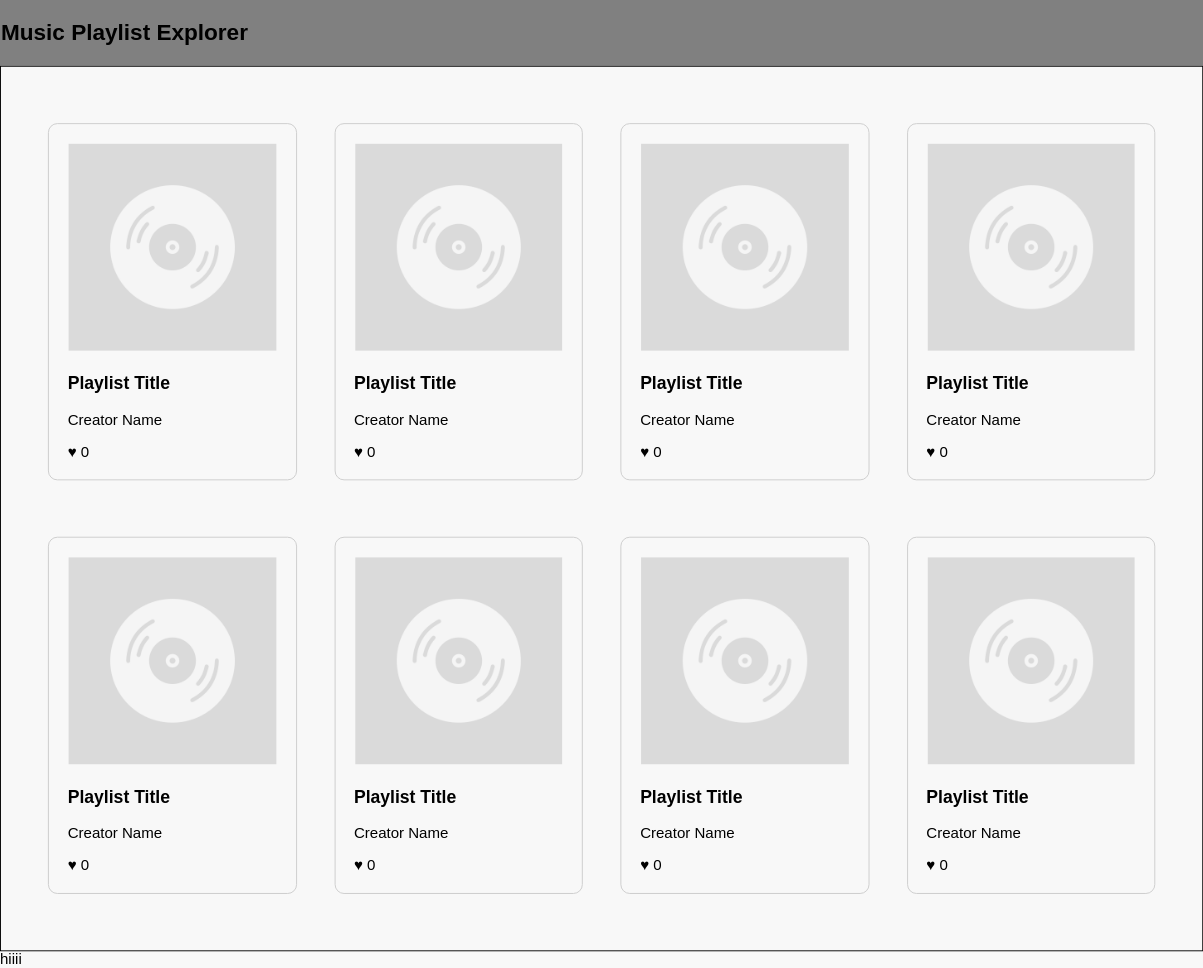
Repository: valentinaarojas/music-player-explorer
Page: index.html
These files come from the project's save history. The page is drawn as it stood at one moment and after the next save; the edit follows.
The browser window is 1280 px wide. The pictures show the whole page, at 94% of full size.

Above is the page before, as saved 2025-02-19 16:30:38.
Console error: SyntaxError: Unexpected token '{'

### index.html
<!DOCTYPE html>
<html lang="en">
<head>
    <meta charset="UTF-8">
    <meta name="viewport" content="width=device-width, initial-scale=1.0">

    <title>Music Playlist Explorer</title>
    <link rel="icon" type="image/x-icon" href="/images/favicon.ico">

    <link rel="stylesheet" href="style.css">
</head>
<body>
    <header>
        <!-- Your header content here -->
        <div class="banner">
            <h2>Music Playlist Explorer</h2>
        </div>
    </header>

    <main>
        <!-- Your main content here -->
        <div class="playlist-cards">
            <!-- card 1 -->
            <div class="playlist-card">
                <div class="playlist-cover">
                    <img src="assets/img/playlist.png" alt="placeholder" style="width: 100%">
                </div>
                <div class="playlist-info">
                    <h3 class="playlist-title">Playlist Title</h3>
                    <p class="creator-info">Creator Name</p>
                    <div class="like-count">
                        <span>♥</span>
                        <span>0</span>
                    </div>
                </div>
            </div>
            <!-- card 2 -->
            <div class="playlist-card">
                <div class="playlist-cover">
                    <img src="assets/img/playlist.png" alt="placeholder" style="width: 100%">
                </div>
                <div class="playlist-info">
                    <h3 class="playlist-title">Playlist Title</h3>
                    <p class="creator-info">Creator Name</p>
                    <div class="like-count">
                        <span>♥</span>
                        <span>0</span>
                    </div>
                </div>
            </div>
            <!-- card 3 -->
            <div class="playlist-card">
                <div class="playlist-cover">
                    <img src="assets/img/playlist.png" alt="placeholder" style="width: 100%">
                </div>
                <div class="playlist-info">
                    <h3 class="playlist-title">Playlist Title</h3>
                    <p class="creator-info">Creator Name</p>
                    <div class="like-count">
                        <span>♥</span>
                        <span>0</span>
                    </div>
                </div>
            </div>
            <!-- card 4 -->
            <div class="playlist-card">
                <div class="playlist-cover">
                    <img src="assets/img/playlist.png" alt="placeholder" style="width: 100%">
                </div>
                <div class="playlist-info">
                    <h3 class="playlist-title">Playlist Title</h3>
                    <p class="creator-info">Creator Name</p>
                    <div class="like-count">
                        <span>♥</span>
                        <span>0</span>
                    </div>
                </div>
            </div>
            <!-- card 5 -->
            <div class="playlist-card">
                <div class="playlist-cover">
                    <img src="assets/img/playlist.png" alt="placeholder" style="width: 100%">
                </div>
                <div class="playlist-info">
                    <h3 class="playlist-title">Playlist Title</h3>
                    <p class="creator-info">Creator Name</p>
                    <div class="like-count">
                        <span>♥</span>
                        <span>0</span>
                    </div>
                </div>
            </div>
            <!-- card 6 -->
            <div class="playlist-card">
                <div class="playlist-cover">
                    <img src="assets/img/playlist.png" alt="placeholder" style="width: 100%">
                </div>
                <div class="playlist-info">
                    <h3 class="playlist-title">Playlist Title</h3>
                    <p class="creator-info">Creator Name</p>
                    <div class="like-count">
                        <span>♥</span>
                        <span>0</span>
                    </div>
                </div>
            </div>
             <!-- card 7 -->
             <div class="playlist-card">
                <div class="playlist-cover">
                    <img src="assets/img/playlist.png" alt="placeholder" style="width: 100%">
                </div>
                <div class="playlist-info">
                    <h3 class="playlist-title">Playlist Title</h3>
                    <p class="creator-info">Creator Name</p>
                    <div class="like-count">
                        <span>♥</span>
                        <span>0</span>
                    </div>
                </div>
            </div>
             <!-- card 8 -->
             <div class="playlist-card">
                <div class="playlist-cover">
                    <img src="assets/img/playlist.png" alt="placeholder" style="width: 100%">
                </div>
                <div class="playlist-info">
                    <h3 class="playlist-title">Playlist Title</h3>
                    <p class="creator-info">Creator Name</p>
                    <div class="like-count">
                        <span>♥</span>
                        <span>0</span>
                    </div>
                </div>
            </div>
        </div>
    </main>

    <footer>
        <!-- Your footer content here -->
        <div class="footer">
            hiiii
        </div>
    </footer>
    <script src="data/data.js"></script>
    <script src="script.js"></script>
</body>
</html>

### style.css
body {
    font-family: 'Arial', sans-serif;
    margin: 0;
    padding: 0;
    background-color: #f8f8f8;
}

.banner {
    background-color: grey;
    padding: 1px;
}

.playlist-cards {
    display: grid;
    grid-template-columns: repeat(4, 1fr);
    padding: 30px;
    border: 1px solid rgb(0, 0, 0);
}

.playlist-card {
    padding: 20px;
    margin: 30px 20px;
    border-radius: 10px;
    border: 1px solid #ccc;
}

.playlist-cover {
    padding: 1px;
}

### data/data.js
let data = { "playlists": [
    {
      "playlistID": 0,
      "playlist_name": "Late Night Drive",
      "playlist_creator": "Melody Maven",
      "playlist_art": "https://picsum.photos/id/36/200",
      "likeCount": 0,
      "songs": [
        {
          "songID": 0,
          "title": "Nightcall",
          "artist": "Kavinsky",
          "album": "Nightcall",
          "cover_art": "https://picsum.photos/id/43/200",
          "duration": "4:18"
        },
        {
          "songID": 1,
          "title": "Drive",
          "artist": "The Cars",
          "album": "Heartbeat City",
          "cover_art": "https://picsum.photos/id/45/200",
          "duration": "3:55"
        },
        {
          "songID": 2,
          "title": "Cruisin'",
          "artist": "Smokey Robinson",
          "album": "One Heartbeat",
          "cover_art": "https://picsum.photos/id/88/200",
          "duration": "4:30"
        },
        {
          "songID": 3,
          "title": "Night Moves",
          "artist": "Bob Seger",
          "album": "Night Moves",
          "cover_art": "https://picsum.photos/id/84/200",
          "duration": "5:25"
        },
        {
          "songID": 4,
          "title": "Moonlight Drive",
          "artist": "The Doors",
          "album": "Strange Days",
          "cover_art": "https://picsum.photos/id/122/200",
          "duration": "3:04"
        }
      ]
    },
    {
      "playlistID": 1,
      "playlist_name": "That Summer '16 Feeling",
      "playlist_creator": "Groove Guardian",
      "playlist_art": "https://picsum.photos/id/117/200",
      "likeCount": 10,
      "songs": [
        {
          "songID": 5,
          "title": "One Dance",
          "artist": "Drake",
          "album": "Views",
          "cover_art": "https://picsum.photos/id/21/200",
          "duration": "2:53"
        },
        {
          "songID": 6,
          "title": "Cheap Thrills",
          "artist": "Sia",
          "album": "This Is Acting",
          "cover_art": "https://picsum.photos/id/56/200",
          "duration": "3:31"
        },
        {
          "songID": 7,
          "title": "Don't Let Me Down",
          "artist": "The Chainsmokers ft. Daya",
          "album": "Collage",
          "cover_art": "https://picsum.photos/id/145/200",
          "duration": "3:28"
        },
        {
          "songID": 8,
          "title": "This Is What You Came For",
          "artist": "Calvin Harris ft. Rihanna",
          "album": "This Is What You Came For",
          "cover_art": "https://picsum.photos/id/160/200",
          "duration": "3:42"
        },
        {
          "songID": 9,
          "title": "Ride",
          "artist": "Twenty One Pilots",
          "album": "Blurryface",
          "cover_art": "https://picsum.photos/id/133/200",
          "duration": "3:34"
        }
      ]
    },
    {
      "playlistID": 2,
      "playlist_name": "Workout Beats",
      "playlist_creator": "Harmony Herald",
      "playlist_art": "https://picsum.photos/id/1077/200",
      "likeCount": 2,
      "songs": [
        {
          "songID": 10,
          "title": "Eye of the Tiger",
          "artist": "Survivor",
          "album": "Eye of the Tiger",
          "cover_art": "https://picsum.photos/id/593/200",
          "duration": "4:05"
        },
        {
          "songID": 11,
          "title": "Stronger",
          "artist": "Kanye West",
          "album": "Graduation",
          "cover_art": "https://picsum.photos/id/169/200",
          "duration": "5:12"
        },
        {
          "songID": 12,
          "title": "Lose Yourself",
          "artist": "Eminem",
          "album": "8 Mile Soundtrack",
          "cover_art": "https://picsum.photos/id/171/200",
          "duration": "5:26"
        },
        {
          "songID": 13,
          "title": "Uptown Funk",
          "artist": "Mark Ronson ft. Bruno Mars",
          "album": "Uptown Special",
          "cover_art": "https://picsum.photos/id/274/200",
          "duration": "4:30"
        },
        {
          "songID": 14,
          "title": "Can't Stop the Feeling!",
          "artist": "Justin Timberlake",
          "album": "Trolls (Original Motion Picture Soundtrack)",
          "cover_art": "https://picsum.photos/id/304/200",
          "duration": "3:56"
        }
      ]
    },
    {
      "playlistID": 3,
      "playlist_name": "Road Trip Anthems",
      "playlist_creator": "Playlist Pioneer",
      "playlist_art": "https://picsum.photos/id/314/200",
      "likeCount": 5,
      "songs": [
        {
          "songID": 15,
          "title": "Life Is a Highway",
          "artist": "Tom Cochrane",
          "album": "Mad Mad World",
          "cover_art": "https://picsum.photos/id/352/200",
          "duration": "4:26"
        },
        {
          "songID": 16,
          "title": "Born to Run",
          "artist": "Bruce Springsteen",
          "album": "Born to Run",
          "cover_art": "https://picsum.photos/id/361/200",
          "duration": "4:30"
        },
        {
          "songID": 17,
          "title": "Take It Easy",
          "artist": "Eagles",
          "album": "Eagles",
          "cover_art": "https://picsum.photos/id/365/200",
          "duration": "3:31"
        },
        {
          "songID": 18,
          "title": "Route 66",
          "artist": "Chuck Berry",
          "album": "Get Your Kicks on Route 66",
          "cover_art": "https://picsum.photos/id/371/200",
          "duration": "2:53"
        },
        {
          "songID": 19,
          "title": "On the Road Again",
          "artist": "Willie Nelson",
          "album": "Honeysuckle Rose",
          "cover_art": "https://picsum.photos/id/382/200",
          "duration": "2:33"
        }
      ]
    },
    {
      "playlistID": 4,
      "playlist_name": "Boss Chick Energy",
      "playlist_creator": "Tempo Tactician",
      "playlist_art": "https://picsum.photos/id/449/200",
      "likeCount": 0,
      "songs": [
        {
          "songID": 20,
          "title": "Run the World (Girls)",
          "artist": "Beyoncé",
          "album": "4",
          "cover_art": "https://picsum.photos/id/550/200",
          "duration": "3:56"
        },
        {
          "songID": 21,
          "title": "I'm Every Woman",
          "artist": "Chaka Khan",
          "album": "Chaka",
          "cover_art": "https://picsum.photos/id/646/200",
          "duration": "4:07"
        },
        {
          "songID": 22,
          "title": "Independent Women, Pt. 1",
          "artist": "Destiny's Child",
          "album": "Survivor",
          "cover_art": "https://picsum.photos/id/660/200",
          "duration": "3:41"
        },
        {
          "songID": 23,
          "title": "Confident",
          "artist": "Demi Lovato",
          "album": "Confident",
          "cover_art": "https://picsum.photos/id/680/200",
          "duration": "3:25"
        },
        {
          "songID": 24,
          "title": "Feeling Myself",
          "artist": "Nicki Minaj ft. Beyoncé",
          "album": "The Pinkprint",
          "cover_art": "https://picsum.photos/id/822/200",
          "duration": "3:57"
        }
      ]
    },
    {
      "playlistID": 5,
      "playlist_name": "Rainy Nights",
      "playlist_creator": "Sonic Sage",
      "playlist_art": "https://picsum.photos/id/115/200",
      "likeCount": 24,
      "songs": [
        {
          "songID": 25,
          "title": "Purple Rain",
          "artist": "Prince",
          "album": "Purple Rain",
          "cover_art": "https://picsum.photos/id/123/200",
          "duration": "8:41"
        },
        {
          "songID": 26,
          "title": "November Rain",
          "artist": "Guns N' Roses",
          "album": "Use Your Illusion I",
          "cover_art": "https://picsum.photos/id/171/200",
          "duration": "8:57"
        },
        {
          "songID": 27,
          "title": "Riders on the Storm",
          "artist": "The Doors",
          "album": "L.A. Woman",
          "cover_art": "https://picsum.photos/id/172/200",
          "duration": "7:14"
        },
        {
          "songID": 28,
          "title": "I Can't Stand the Rain",
          "artist": "Ann Peebles",
          "album": "I Can't Stand the Rain",
          "cover_art": "https://picsum.photos/id/178/200",
          "duration": "2:31"
        },
        {
          "songID": 29,
          "title": "Set Fire to the Rain",
          "artist": "Adele",
          "album": "21",
          "cover_art": "https://picsum.photos/id/680/200",
          "duration": "4:02"
        }
      ]
    },
    {
      "playlistID": 6,
      "playlist_name": "90's R&B",
      "playlist_creator": "Vinyl Virtuoso",
      "playlist_art": "https://picsum.photos/id/815/200",
      "likeCount": 3,
      "songs": [
        {
          "songID": 30,
          "title": "No Diggity",
          "artist": "Blackstreet ft. Dr. Dre",
          "album": "Another Level",
          "cover_art": "https://picsum.photos/id/856/200",
          "duration": "5:06"
        },
        {
          "songID": 31,
          "title": "Waterfalls",
          "artist": "TLC",
          "album": "CrazySexyCool",
          "cover_art": "https://picsum.photos/id/871/200",
          "duration": "4:39"
        },
        {
          "songID": 32,
          "title": "Creep",
          "artist": "TLC",
          "album": "CrazySexyCool",
          "cover_art": "https://picsum.photos/id/891/200",
          "duration": "4:29"
        },
        {
          "songID": 33,
          "title": "On Bended Knee",
          "artist": "Boyz II Men",
          "album": "II",
          "cover_art": "https://picsum.photos/id/1013/200",
          "duration": "4:05"
        },
        {
          "songID": 34,
          "title": "Fantasy",
          "artist": "Mariah Carey",
          "album": "Daydream",
          "cover_art": "https://picsum.photos/id/1014/200",
          "duration": "4:04"
        }
      ]
    },
    {
      "playlistID": 7,
      "playlist_name": "Nothing But The Classics",
      "playlist_creator": "Melody Maven",
      "playlist_art": "https://picsum.photos/id/22/200",
      "likeCount": 3,
      "songs": [
        {
          "songID": 35,
          "title": "Bohemian Rhapsody",
          "artist": "Queen",
          "album": "A Night at the Opera",
          "cover_art": "https://picsum.photos/id/39/200",
          "duration": "5:55"
        },
        {
          "songID": 36,
          "title": "Hotel California",
          "artist": "Eagles",
          "album": "Hotel California",
          "cover_art": "https://picsum.photos/id/57/200",
          "duration": "6:30"
        },
        {
          "songID": 37,
          "title": "Stairway to Heaven",
          "artist": "Led Zeppelin",
          "album": "Led Zeppelin IV",
          "cover_art": "https://picsum.photos/id/221/200",
          "duration": "8:02"
        },
        {
          "songID": 38,
          "title": "Sweet Child o' Mine",
          "artist": "Guns N' Roses",
          "album": "Appetite for Destruction",
          "cover_art": "https://picsum.photos/id/822/200",
          "duration": "5:55"
        },
        {
          "songID": 39,
          "title": "Imagine",
          "artist": "John Lennon",
          "album": "Imagine",
          "cover_art": "https://picsum.photos/id/823/200",
          "duration": "3:04"
        }
      ]
    },
    {
      "playlistID": 8,
      "playlist_name": "Ohh That Baseline",
      "playlist_creator": "Bassline Buddy",
      "playlist_art": "https://picsum.photos/id/836/200",
      "likeCount": 0,
      "songs": [
        {
          "songID": 40,
          "title": "Another One Bites the Dust",
          "artist": "Queen",
          "album": "The Game",
          "cover_art": "https://picsum.photos/id/839/200",
          "duration": "3:36"
        },
        {
          "songID": 41,
          "title": "Billie Jean",
          "artist": "Michael Jackson",
          "album": "Thriller",
          "cover_art": "https://picsum.photos/id/903/200",
          "duration": "4:54"
        },
        {
          "songID": 42,
          "title": "Superstition",
          "artist": "Stevie Wonder",
          "album": "Talking Book",
          "cover_art": "https://picsum.photos/id/978/200",
          "duration": "4:26"
        },
        {
          "songID": 43,
          "title": "Smooth Criminal",
          "artist": "Michael Jackson",
          "album": "Bad",
          "cover_art": "https://picsum.photos/id/1004/200",
          "duration": "4:17"
        },
        {
          "songID": 44,
          "title": "Money for Nothing",
          "artist": "Dire Straits",
          "album": "Brothers in Arms",
          "cover_art": "https://picsum.photos/id/1025/200",
          "duration": "8:26"
        }
      ]
    }
  ]
}

### script.js
body {
    font-family: 'Arial', sans-serif;
    margin: 0;
    padding: 0;
    background-color: #f8f8f8;
}

After the next save:
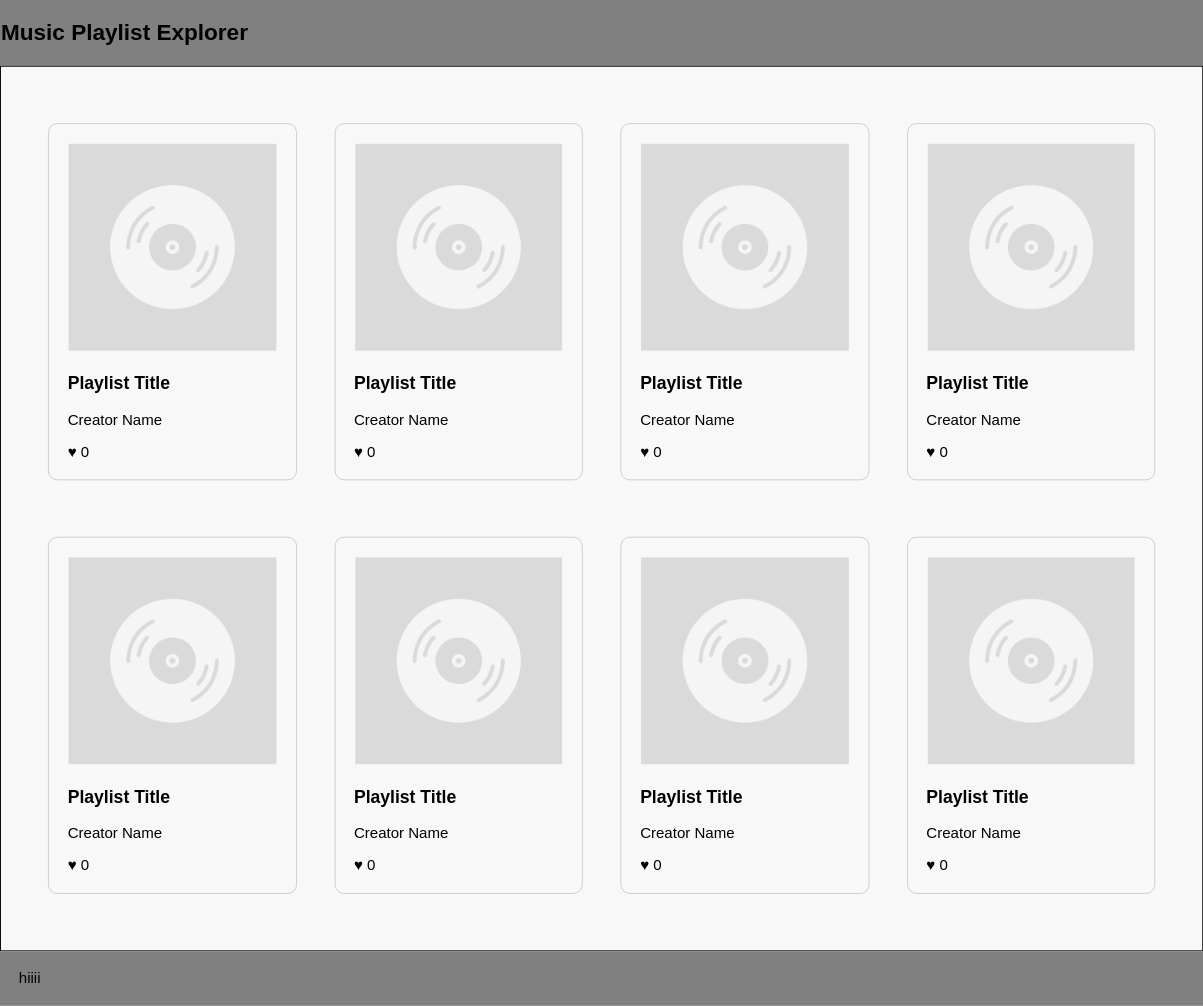
Saved 64 s later.
--- a/style.css
+++ b/style.css
@@ -27,3 +27,8 @@ body {
 .playlist-cover {
     padding: 1px;
 }
+
+.footer {
+    background-color: grey;
+    padding: 20px;
+}
